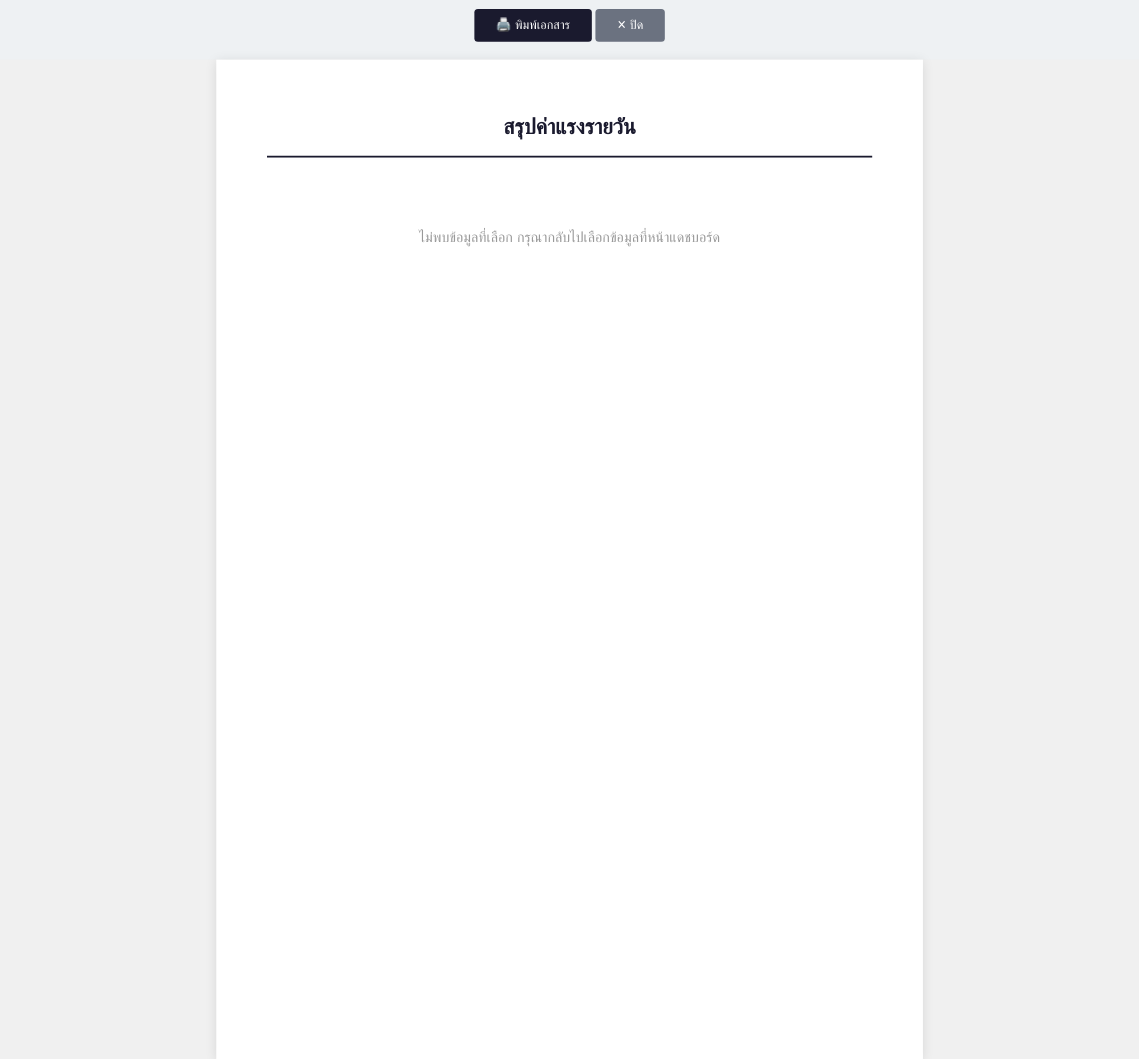
Repository: Artimis2nd/Web-Work
Page: summary-print.html
An editor plug-in stored every save of this project. The page is shown before and after the next save, followed by the edit.
The browser window is 1280 px wide. The pictures show the whole page, at 89% of full size.
Some web libraries are served in a nearby version.

Above is the page before, as saved 2026-07-21 17:36:33.

After the next save:
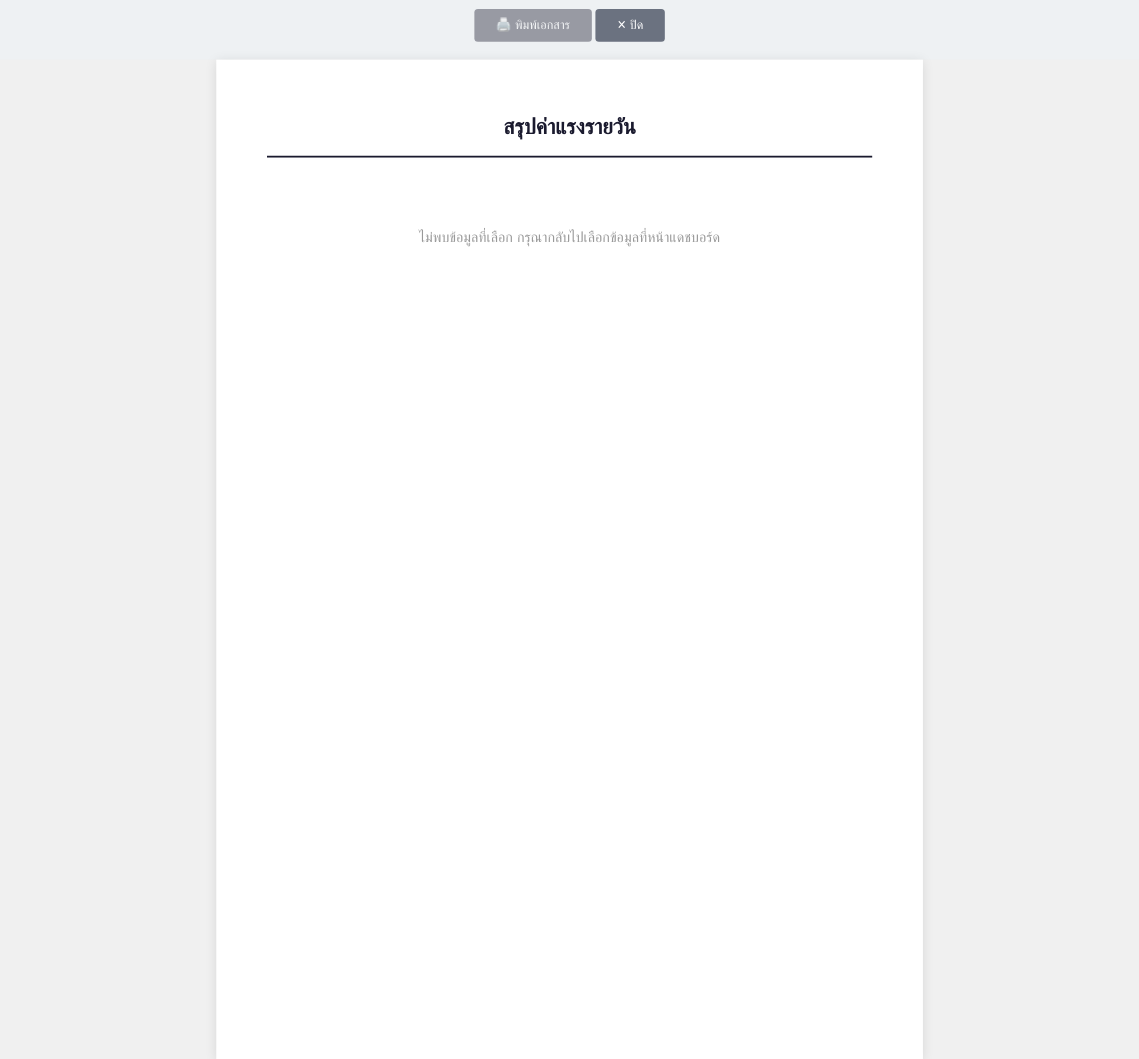
Saved 14 s later.
--- a/summary-print.html
+++ b/summary-print.html
@@ -198,7 +198,7 @@
 </head>
 <body>
 <div class="no-print" style="text-align:center;padding:10px;background:#eef1f3;">
-  <button class="btn-print" onclick="setTimeout(function(){ window.print(); }, 500)">🖨️ พิมพ์เอกสาร</button>
+  <button id="print-btn" class="btn-print" onclick="window.print()" disabled style="opacity:0.4;cursor:not-allowed;">🖨️ พิมพ์เอกสาร</button>
   <button class="btn-print" style="background:#6b7280;" onclick="window.close()">✕ ปิด</button>
 </div>
 <div id="print-content" class="print-wrapper">
